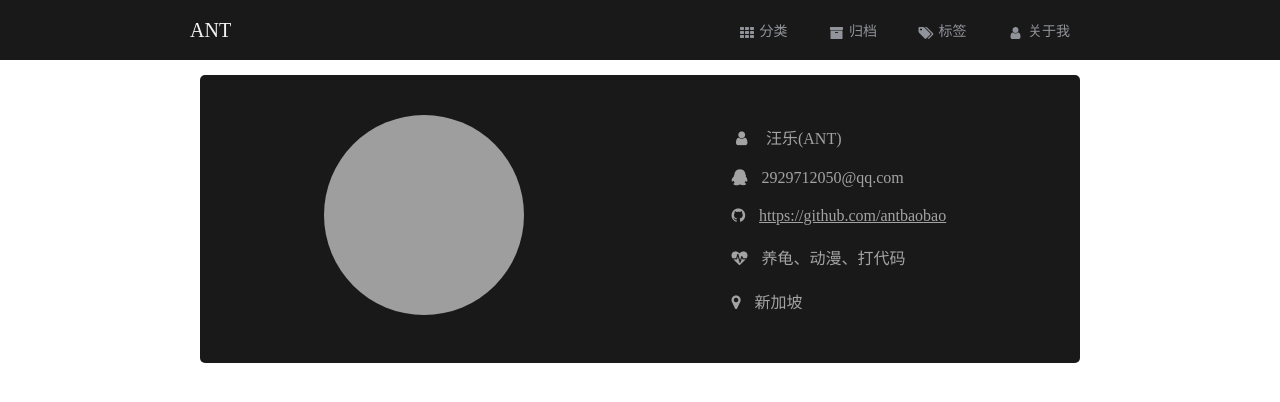
Repository: wl05/AntVueBlogFront
Page: /#/about
These files come from the project's save history. The page is drawn as it stood at one moment and after the next save; the edit follows.
The browser window is 1280 px wide. The pictures show the whole page.
Pictures or frames that could not be fetched are drawn as grey boxes. The project was rebuilt for these pictures with package versions that can differ from the ones it lists, and the page was loaded fresh each time. Also part of the build but not shown: src/layout/Sider.vue, src/layout/Footer.vue.

Above is the page before, as saved 2018-11-24 13:42:02.

After the next save:
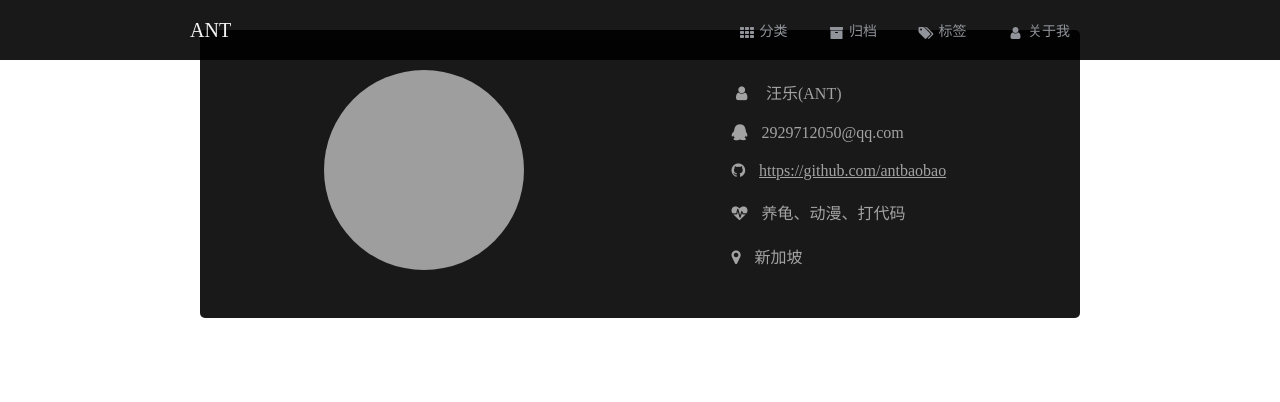
Saved 14 s later.
--- a/src/layout/index.vue
+++ b/src/layout/index.vue
@@ -78,7 +78,7 @@ export default {
     }
 
     .content-el-container {
-        margin-top: 45px;
+        // margin-top: 45px;
     }
 
     @media screen and (max-width: 768px) {
